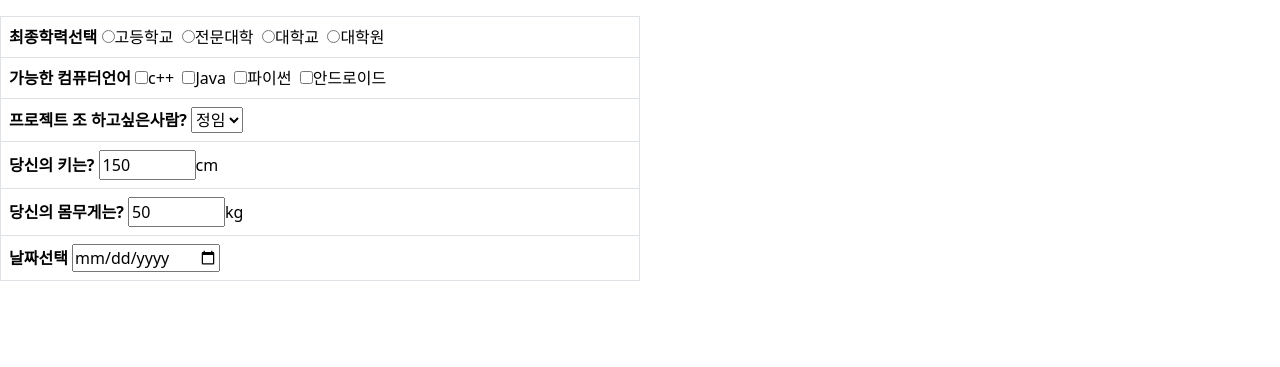
Repository: GANADAG/jspProject
Page: http://localhost/JspProject/day0229/infoForm.jsp
An editor plug-in stored every save of this project. The page is shown before and after the next save, followed by the edit.
The browser window is 1280 px wide. The pictures show the whole page.
Some web fonts or font styles are not loaded; a fallback is used. The page is served by Tomcat 9. Other server files are loaded and not shown.

Above is the page before, as saved 2024-02-29 00:20:16.

### JspProject/src/main/webapp/day0229/infoForm.jsp
<%@ page language="java" contentType="text/html; charset=UTF-8"
    pageEncoding="UTF-8"%>
<!DOCTYPE html>
<html>
<head>
<meta charset="UTF-8">
<link href="https://cdn.jsdelivr.net/npm/bootstrap@5.3.2/dist/css/bootstrap.min.css" rel="stylesheet">
<link href="https://fonts.googleapis.com/css2?family=Diphylleia&family=Dongle&family=Noto+Sans+KR:wght@100..900&family=Orbit&family=Stylish&display=swap" rel="stylesheet">
<script src="https://code.jquery.com/jquery-3.7.0.js"></script>

<title>Insert title here</title>
</head>
<body>
<form action="" method="post">
	<table class="table table-bordered" style="width: 50%">
		<caption align="top"></caption>
		<tr height="30">
			<td>
				<b>최종학력선택</b>
				<input type="radio" name="grade" value="고등학교">고등학교&nbsp;
				<input type="radio" name="grade" value="전문대학">전문대학&nbsp;
				<input type="radio" name="grade" value="대학교">대학교&nbsp;
				<input type="radio" name="grade" value="대학원">대학원&nbsp;
			</td>
		</tr>

		<tr height="30">
			<td>
				<b>가능한 컴퓨터언어</b>
				<input type="checkbox" name="lang" value="c++">c++&nbsp;
				<input type="checkbox" name="lang" value="Java">Java&nbsp;
				<input type="checkbox" name="lang" value="파이썬">파이썬&nbsp;
				<input type="checkbox" name="lang" value="안드로이드">안드로이드&nbsp;
			</td>
		</tr>

		<tr>
			<td>
				<b>프로젝트 조 하고싶은사람?</b>
					<select name="Like">
						<option value="미나">미나</option>
						<option value="민경">민경</option>
						<option value="정임" selected="selected">정임</option>
						<option value="미나">미나</option>
						<option value="미나">미나</option>
						<option value="미나">미나</option>
					</select>
			</td>
		</tr>

		<tr>
			<td>
			<b>당신의 키는?</b>
			<input type="number" name="height" max="230" min="150"
			step="2" value="150">cm
			</td>
		</tr>

		<tr>
			<td>
			<b>당신의 몸무게는?</b>
			<input type="number" name="weight" max="120" min="50"
			step="1" value="50">kg
			</td>
		</tr>

		<tr>
			<td>
				<b>날짜선택</b>
				<input type="date" name="ipsaday">
			</td>
		</tr>
	</table>

</form>
</body>
</html>

After the next save:
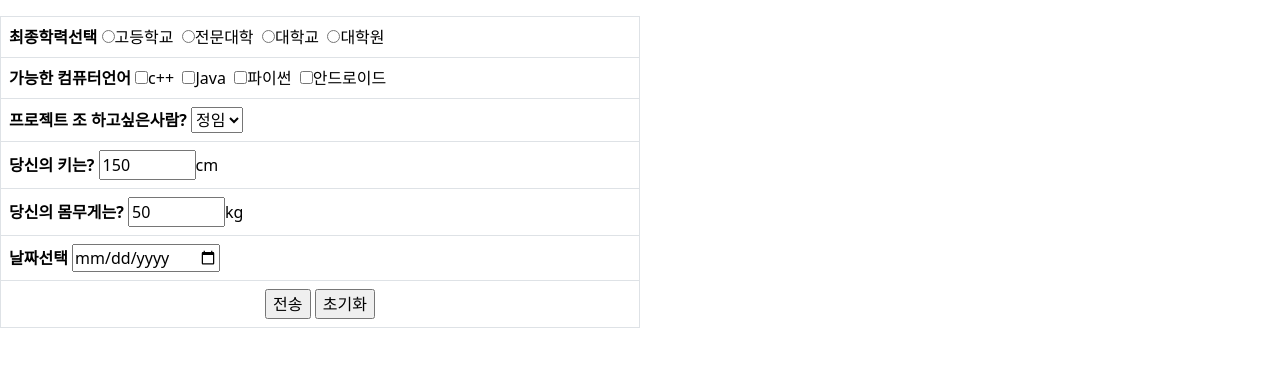
Saved 36 s later.
--- a/JspProject/src/main/webapp/day0229/infoForm.jsp
+++ b/JspProject/src/main/webapp/day0229/infoForm.jsp
@@ -41,9 +41,9 @@
 						<option value="미나">미나</option>
 						<option value="민경">민경</option>
 						<option value="정임" selected="selected">정임</option>
-						<option value="미나">미나</option>
-						<option value="미나">미나</option>
-						<option value="미나">미나</option>
+						<option value="연지">연지</option>
+						<option value="주영">주영</option>
+						<option value="희경">희경</option>
 					</select>
 			</td>
 		</tr>
@@ -70,6 +70,13 @@
 				<input type="date" name="ipsaday">
 			</td>
 		</tr>
+
+		<tr>
+			<td align="center">
+				<input type="submit" value="전송">
+				<input type="reset" value="초기화">
+			</td>
+		</tr>
 	</table>
 
 </form>
